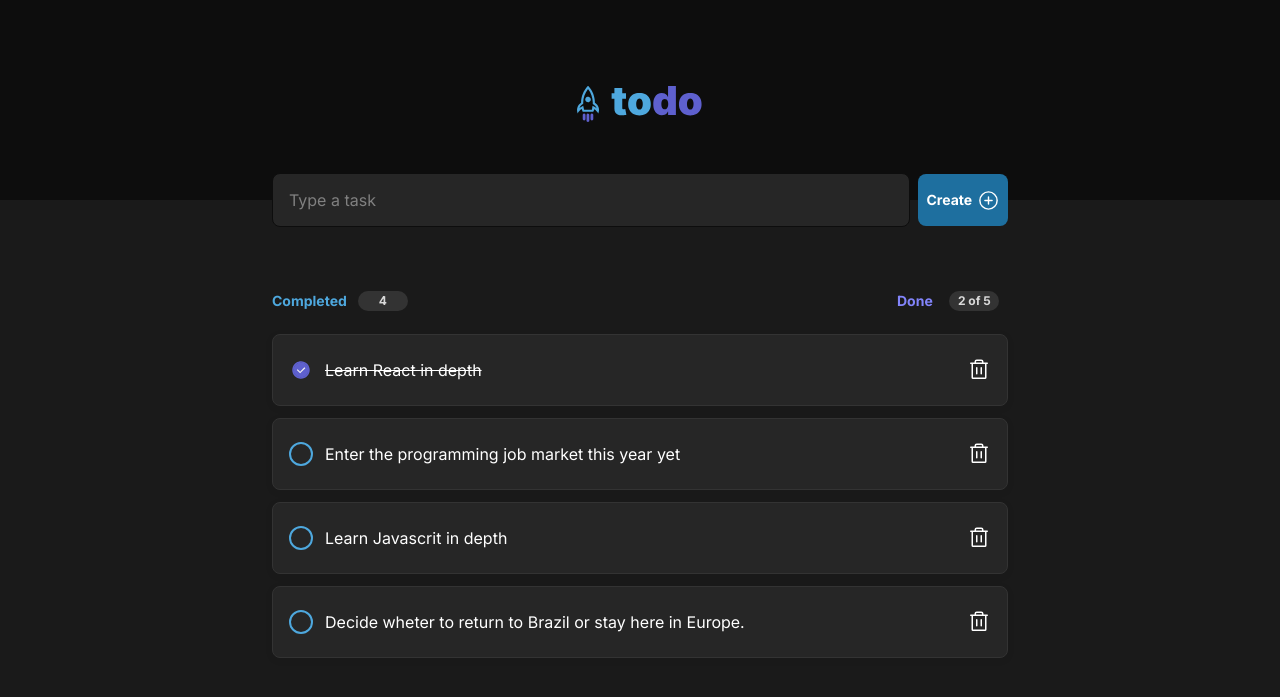
Repository: JoseGu1llardi/to-do-list-D01
Page: /
The author's editor kept a copy of each file at every save. The page is drawn from the files as they stood at one save, then again after a run of saves.
The browser window is 1280 px wide. The pictures show the whole page.
The project was rebuilt for these pictures with package versions that can differ from the ones it lists, and the page was loaded fresh each time. Requests to the local data server were answered from the project's data file. Also part of the build but not shown: vite.config.ts.

Above is the page before, as saved 2023-03-13 22:21:42.

### index.html
<!DOCTYPE html>
<html lang="en">
  <head>
    <meta charset="UTF-8" />

    <link rel="preconnect" href="https://fonts.googleapis.com" />
    <link rel="preconnect" href="https://fonts.gstatic.com" crossorigin />

    <link
      href="https://fonts.googleapis.com/css2?family=Inter:wght@400;700&display=swap"
      rel="stylesheet"
    />

    <link rel="icon" type="image/svg+xml" href="/vite.svg" />
    <meta name="viewport" content="width=device-width, initial-scale=1.0" />
    <title>Vite + React + TS</title>
  </head>
  <body>
    <div id="root"></div>
    <script type="module" src="/src/main.tsx"></script>
  </body>
</html>

### src/App.tsx
import { TaskProvider } from './contexts/TaskContext';

import { Header } from "./components/Header";
import { NewTaskForm } from './components/NewTaskForm';
import { TasksList } from "./components/TasksList";

import styles from './App.module.css';
import "./global.css";

function App() {
  return (
    <TaskProvider>
      <Header />

      <NewTaskForm />

      <div className={styles.tasksContainer}>
        <TasksList />
      </div>
    </TaskProvider>
  )
}

export default App

### src/contexts/TaskContext.tsx
import { useState, useEffect, createContext, ReactNode } from 'react';

import api from '../services/api';

export interface TaskType {
    id: number;
    content: string;
    status: boolean;
}

interface TaskProviderProps {
    children: ReactNode;
}

interface TaskConstextData {
    tasks: TaskType[];
}

export const TaskContext = createContext({} as TaskConstextData);

export function TaskProvider({ children }: TaskProviderProps) {
    const [tasks, setTasks] = useState<TaskType[]>([]);

    useEffect(() => {
        api.get("/tasks")
            .then(({ data }) => setTasks(data))
    }, []);

    return (
        <TaskContext.Provider value={{ tasks }}>
            {children}
        </TaskContext.Provider>
    )
}

### src/components/Header/index.tsx
import Logo from '../../assets/Logo (1).svg'

import styles from './styles.module.css';

export function Header() {
    return (
        <header className={styles.container}>
            <img src={Logo} />
        </header>
    )
}

### src/components/NewTaskForm/index.tsx
import { Button } from "../Button";
import { Input } from "../Input";

import styles from './styles.module.css';

export function NewTaskForm() {
    return (
        <form className={styles.newTaskContainer}>
            <Input />
            <Button />
        </form>
    )
}

### src/components/TasksList/index.tsx
import { useContext } from 'react';

import { TaskContext } from '../../contexts/TaskContext';

import { Task } from '../Task';

import Clipboard from '../../assets/Clipboard.svg';

import styles from './styles.module.css';

export function TasksList() {
    const { tasks } = useContext(TaskContext);

    return (
        <>
            <section className={styles.info}>

                <div className={styles.created}>
                    <span>Completed</span>
                    <div className={styles.counterCreated}>
                        <p>{tasks.length}</p>
                    </div>
                </div>

                <div className={styles.done}>
                    <span>Done</span>
                    <div className={styles.doneCreated}>
                        <span>2 of 5</span>
                    </div>
                </div>

            </section>

            {
                tasks.length === 0 ? (
                    <section className={styles.tasks}>
                        <img src={Clipboard} alt="" />
                        <strong>You don't have tasks registered yet!</strong>
                        <span>Create tasks and organize your to-do list</span>
                    </section>
                ) : (
                    <section className={styles.list}>
                        {
                            tasks.map((task) => (
                                <Task
                                    key={task.id}
                                    content={task.content}
                                    status={task.status}
                                    id={task.id} />
                            ))
                        }
                    </section>
                )
            }
        </>
    )
}

### src/App.module.css
.tasksContainer {
  display: flex;
  flex-direction: column;
  align-items: flex-start;
  padding: 0px;
  gap: 24px;

  position: absolute;
  width: 736px;
  height: 287px;
  left: calc(50% - 736px / 2);
  top: 291px;
}

### src/global.css
:root {
  // Base
  --gray-100: #f2f2f2;
  --gray-200: #d9d9d9;
  --gray-300: #808080;
  --gray-400: #333333;
  --gray-500: #262626;
  --gray-600: #1a1a1a;
  --gray-700: #0d0d0d;

  --danger: #e25858;

  // Product
  --purple: #8284fa;
  --dark-purple: #5e60ce;
  --blue: #4ea8de;
  --dark-blue: #1e6f9f;
}

* {
  margin: 0;
  padding: 0;
  box-sizing: border-box;
}

body {
  color: #fff;
  background: var(--gray-600);

  width: 100%;
  height: 100%;
  max-height: 1024px;
  position: relative;
}

body,
input,
textarea,
button {
  font-family: "Inter", sans-serif;
  font-weight: 400;
  font-size: 1rem;
}

### src/services/api.ts
import axios from 'axios';

const api = axios.create({
    baseURL: "http://localhost:3000"
});

export default api;

### src/components/Header/styles.module.css
.container {
  position: absolute;
  height: 12.5rem;
  max-width: 100%;
  left: 0;
  right: 0;
  top: 0;

  display: flex;
  align-items: center;
  justify-content: center;

  background: var(--gray-700);
}

.container img {
  position: absolute;
  width: 7.875rem;
  height: 3rem;
}

### src/components/Button/index.tsx
import { PlusCircle } from '@phosphor-icons/react'

import styles from './styles.module.css';

export function Button() {
    return (
        <button className={styles.button}>
            <span>Create</span>
            <PlusCircle size={23} />
        </button>
    )
}

### src/components/Input/index.tsx
import styles from './styles.module.css';

export function Input() {
    return (
        <input
            type="text"
            className={styles.input}
            placeholder='Type a task'
        />
    )
}

### src/components/NewTaskForm/styles.module.css
.newTaskContainer {
  display: flex;
  flex-direction: row;
  align-items: center;
  padding: 0px;
  gap: 8px;

  position: absolute;
  width: 46rem;
  height: 3.375rem;
  left: calc(50% - 736px / 2);
  top: 10.8125rem;
}

### src/components/Task/index.tsx
import { useState, useContext } from 'react';

import api from '../../services/api';

import { TaskContext } from '../../contexts/TaskContext';

import { Trash } from '@phosphor-icons/react'

import styles from './styles.module.css';

interface TasksProps {
    id: number;
    content: string;
    status: boolean;
}[]

export function Task({ content, status, id }: TasksProps) {
    const [isChecked, setIsChecked] = useState(status);

    async function changeTaskStatus() {
        const response = await api.patch(`/tasks/${id}`, {
            status: !isChecked
        });

        setIsChecked(response.data.status);
    }

    return (
        <section className={styles.task}>
            <div>
                <input
                    id='checked'
                    type="checkbox"
                    checked={isChecked}
                    onClick={changeTaskStatus}
                />
                <span
                    className={isChecked ? styles.isChecked : ''}
                >
                    {content}
                </span>
            </div>
            <Trash size={20} />
        </section>
    )
}

### src/components/TasksList/styles.module.css
.info {
  display: flex;
  flex-direction: row;
  justify-content: space-between;
  align-items: flex-end;
  padding: 0px;

  width: 736px;
  height: 19px;

  flex: none;
  order: 0;
  align-self: stretch;
  flex-grow: 0;
}

.created {
  display: flex;
  flex-direction: row;
  align-items: center;
  padding: 0px;
  gap: 8px;

  width: 139px;
  height: 19px;

  order: 0;
  flex-grow: 0;
}

.created span {
  font-family: "Inter";
  font-style: normal;
  font-weight: 700;
  font-size: 14px;
  line-height: 17px;

  color: var(--blue);

  flex: none;
  order: 0;
  flex-grow: 0;
}

.counterCreated {
  display: flex;
  flex-direction: row;
  justify-content: center;
  align-items: center;
  padding: 2px 8px;
  gap: 10px;
  margin: 0 auto;

  width: 50px;
  height: 20px;

  background: #333333;
  border-radius: 999px;

  order: 1;
  flex-grow: 0;
}

.counterCreated p {
  display: flex;
  flex-direction: row;
  font-style: normal;
  font-weight: 700;
  font-size: 12px;
  line-height: 15px;

  color: var(--gray-200);
}

.done {
  display: flex;
  box-sizing: border-box;
  flex-direction: row;
  align-items: center;
  padding: 0px;
  gap: 8px;

  width: 111px;
  height: 19px;

  order: 1;
  flex-grow: 0;
}

.done span {
  font-family: "Inter";
  font-style: normal;
  font-weight: 700;
  font-size: 14px;
  line-height: 17px;

  color: #8284fa;

  flex: none;
  order: 0;
  flex-grow: 0;
}

.doneCreated {
  display: flex;
  flex-direction: row;
  justify-content: center;
  box-sizing: border-box;
  align-items: center;
  padding: 2px 8px;
  gap: 10px;
  margin: 0 auto;

  width: 50px;
  height: 20px;

  background: #333333;
  border-radius: 999px;

  order: 1;
  flex-grow: 0;
}

.doneCreated span {
  display: flex;
  flex-direction: row;
  font-style: normal;
  font-weight: 700;
  font-size: 12px;
  line-height: 15px;

  color: var(--gray-200);
}

.tasks {
  box-sizing: border-box;

  display: flex;
  flex-direction: column;
  justify-content: center;
  align-items: center;
  padding: 64px 24px;
  gap: 16px;

  width: 736px;
  height: 244px;

  border-top: 1px solid #333333;
  border-radius: 8px;

  flex: none;
  order: 1;
  align-self: stretch;
  flex-grow: 0;
}

.tasks img {
  width: 56px;
  height: 56px;

  flex: none;
  order: 0;
  flex-grow: 0;
}

.tasks strong {
  display: block;
  font-style: normal;
  font-weight: 700;
  font-size: 16px;

  text-align: center;

  color: var(--gray-300);

  flex: none;
  align-self: stretch;
  flex-grow: 0;
}

.tasks span {
  font-style: normal;
  font-weight: 300;
  font-size: 16px;

  color: var(--gray-300);
}

.list {
  display: flex;
  flex-direction: column;
  align-items: flex-start;
  padding: 0px;
  gap: 12px;

  width: 736px;
  height: 382px;

  /* Inside auto layout */

  flex: none;
  order: 1;
  flex-grow: 0;
}

### src/components/Button/styles.module.css
.button {
  width: 90px;
  height: 52px;

  display: flex;
  flex-direction: row;
  align-items: center;
  justify-content: center;
  gap: 16px;

  border: 0;
  border-radius: 8px;

  background: var(--dark-blue);
  color: white;

  cursor: pointer;

  transition: filter 0.2s;
}

.button span {
  width: 34px;
  height: 20px;

  font-weight: 700;
  font-size: 14px;
  line-height: 140%;

  color: var(--gray-100);

  flex: none;
  order: 0;
  flex-grow: 0;
}

.button img {
  width: 16px;
  height: 16px;

  flex: none;
  order: 1;
  flex-grow: 0;
}

.button:hover {
  background: var(--blue);
  filter: brightness(0.8);
}

### src/components/Input/styles.module.css
.input {
  box-sizing: border-box;

  display: flex;
  flex-direction: row;
  align-items: center;
  padding: 16px;
  gap: 8px;

  width: 638px;
  height: 54px;

  background: var(--gray-500);
  color: #fff;

  border: 1px solid var(--gray-700);
  border-radius: 8px;

  flex: none;
  order: 0;
  flex-grow: 1;
}

.input:focus {
  outline: transparent;
  box-shadow: 0 0 0 2px var(--dark-purple);
}

.input::placeholder {
  color: var(--gray-300);
}

### src/components/Task/styles.module.css
.task {
  box-sizing: border-box;

  display: flex;
  flex-direction: row;
  align-items: center;
  flex-direction: row;
  justify-content: space-between;
  padding: 16px;
  gap: 12px;

  width: 736px;
  height: 72px;

  /* Gray 500 */

  background: #262626;
  /* Gray 400 */

  border: 1px solid #333333;
  box-shadow: 0px 2px 8px rgba(0, 0, 0, 0.06);
  border-radius: 8px;

  flex: none;
  order: 0;
  align-self: stretch;
  flex-grow: 0;
}

.task div {
  display: flex;
  flex-direction: row;
  align-items: center;
  flex-direction: row;
  gap: 12px;
}

.isChecked {
  text-decoration: line-through;
}

.task input[type="checkbox"] {
  -webkit-appearance: none;
  -moz-appearance: none;

  width: 24px;
  height: 24px;

  border: 2px solid var(--blue);
  border-radius: 50%;
  outline: none;

  background-color: transparent;
  background-position: center;
  background-repeat: no-repeat;

  cursor: pointer;

  flex: none;
  order: 0;
  flex-grow: 0;
}

.task input[type="checkbox"]:checked {
  width: 24px;
  height: 24px;

  transition-duration: all 1s ease;

  border: none;
  background-image: url("./../../assets/Layer 1.svg");
}

.task svg {
  display: flex;
  float: right;
  width: 24px;
  height: 24px;

  border-radius: 4px;

  flex: none;
  order: 2;
  flex-grow: 0;
}

.task svg:hover {
  background: #333333;
  border-radius: 4px;

  color: var(--danger);

  flex: none;
  order: 1;
  flex-grow: 0;

  cursor: pointer;
}

### src/db.json
{
  "tasks": [
    {
      "id": 1,
      "content": "Learn React in depth",
      "status": true
    },
    {
      "id": 2,
      "content": "Enter the programming job market this year yet",
      "status": false
    },
    {
      "id": 3,
      "content": "Learn Javascrit in depth",
      "status": false
    },
    {
      "id": 4,
      "content": "Decide wheter to return to Brazil or stay here in Europe.",
      "status": false
    }
  ]
}

Loaded but not shown: src/main.tsx (common file)

After the next 3 saves:
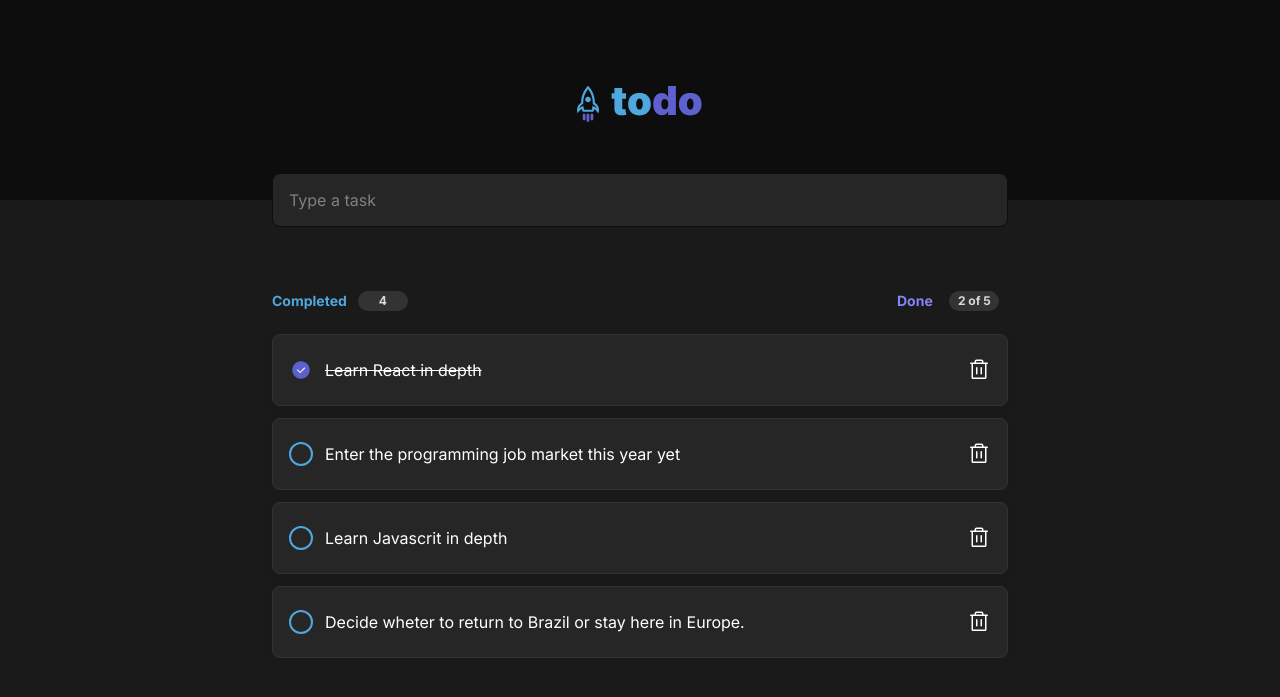
The 3 saves are shown as one change because 2 did not build or start.
The last was saved 2 min 59 s later.
--- a/src/components/NewTaskForm/index.tsx
+++ b/src/components/NewTaskForm/index.tsx
@@ -1,13 +1,13 @@
-import { Button } from "../Button";
-import { Input } from "../Input";
-
 import styles from './styles.module.css';
 
 export function NewTaskForm() {
     return (
         <form className={styles.newTaskContainer}>
-            <Input />
-            <Button />
+            <input
+                type="text"
+                className={styles.input}
+                placeholder='Type a task'
+            />
         </form>
     )
 }
--- a/src/components/Input/index.tsx
+++ b/src/components/Input/index.tsx
@@ -2,10 +2,6 @@ import styles from './styles.module.css';
 
 export function Input() {
     return (
-        <input
-            type="text"
-            className={styles.input}
-            placeholder='Type a task'
-        />
+
     )
 }
--- a/src/components/NewTaskForm/styles.module.css
+++ b/src/components/NewTaskForm/styles.module.css
@@ -11,3 +11,35 @@
   left: calc(50% - 736px / 2);
   top: 10.8125rem;
 }
+
+.input {
+  box-sizing: border-box;
+
+  display: flex;
+  flex-direction: row;
+  align-items: center;
+  padding: 16px;
+  gap: 8px;
+
+  width: 638px;
+  height: 54px;
+
+  background: var(--gray-500);
+  color: #fff;
+
+  border: 1px solid var(--gray-700);
+  border-radius: 8px;
+
+  flex: none;
+  order: 0;
+  flex-grow: 1;
+}
+
+.input:focus {
+  outline: transparent;
+  box-shadow: 0 0 0 2px var(--dark-purple);
+}
+
+.input::placeholder {
+  color: var(--gray-300);
+}
